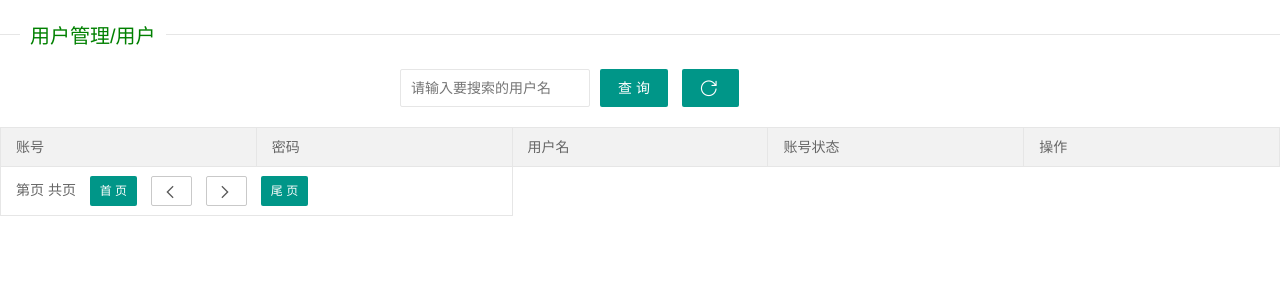
Repository: LongJinhe-coder/java-web-
Page: http://localhost/projectDemo1/userAccount.jsp
An editor plug-in stored every save of this project. The page is shown before and after the next save, followed by the edit.
The browser window is 1280 px wide. The pictures show the whole page.
The page is served by Tomcat 9. Other server files are loaded and not shown. The template is opened directly, without the code that normally fills it, so the values that code supplies are empty.

Above is the page before, as saved 2020-07-27 08:49:16.
Console error (its wording comes from the project's code and is left out).

### MyEclipse CI/projectDemo1/WebRoot/userAccount.jsp
<%@ taglib prefix="c" uri="http://java.sun.com/jsp/jstl/core" %>
<%@ page language="java" import="java.util.*" pageEncoding="UTF-8"%>
<%@ page import="com.etc.entity.*" %>
<%
String path = request.getContextPath();
String basePath = request.getScheme()+"://"+request.getServerName()+":"+request.getServerPort()+path+"/";
%>

<!DOCTYPE html>
<html>
<head>
  <meta charset="utf-8">
  <title>Layui</title>
  <meta name="renderer" content="webkit">
  <meta http-equiv="X-UA-Compatible" content="IE=edge,chrome=1">
  <meta name="viewport" content="width=device-width, initial-scale=1, maximum-scale=1">
  <link rel="stylesheet" href="layui/css/layui.css"  media="all">

</head>
<body>
<%
	PageData pagedata = (PageData)request.getAttribute("pagedata");
	//System.out.println("jobSeeker.jsp-userlist="+pagedata.getData());
 %>
 <fieldset class="layui-elem-field layui-field-title" style="margin-top: 20px;">
  <legend align="left" style="color:green;">用户管理/用户</legend>
</fieldset>


 <form class="layui-form"  action="">
  <div class="layui-form-item">
    <div class="layui-inline">
      <div class="layui-input-inline" style="margin-left:400px">
        <input onkeydown="show();" type="text" name="username" autocomplete="off"  id="btn_text" class="layui-input" placeholder="请输入要搜索的用户名">
      </div>
      <div class="layui-input-inline">
       <button type="button" class="layui-btn" id="search_btn" onclick="search()">查 询</button>
      	<button type="button" class="layui-btn" onclick="refresh()"><i class="layui-icon">&#xe669;</i></button>
      </div>
    </div>
    </div>
</form>

<table class="layui-table">
  <colgroup>
    <col width="200">
    <col width="200">
    <col width="200">
    <col width="200">
    <col width="200">
  </colgroup>
  <thead>
    <tr>
      <th>账号</th>
      <th>密码</th>
      <th>用户名</th>
      <th>账号状态</th>
      <th>操作</th>
    </tr>
  </thead>
   <tbody>
  <c:forEach var="user" items="${pagedata.data}">
  <tr>
      <td>${user.userID}</td>
      <td>${user.userPwd}</td>
      <td>${user.userName}</td>
      <td>${user.email}</td>
      <c:if test="${user.accountStatus eq '正常'}">
      	 <td><font color="green">${user.accountStatus}</font></td>
      </c:if>
      <c:if test="${user.accountStatus eq '冻结中'}">
      	 <td><font color="red">${user.accountStatus}</font></td>
      </c:if>
      <c:if test="${user.accountStatus eq '正常'}">
      	 <td><button type="button" class="layui-btn layui-btn-warm" onclick="freezingAct(${user.userID},${pagedata.pageNo},${pagedata.pageSize})">冻结账号</button>
      		<button type="button" class="layui-btn layui-btn-danger" onclick="deleteAct(${user.userID},${pagedata.pageNo},${pagedata.pageSize})">删除账号</button></td>
      </c:if>
     <c:if test="${user.accountStatus eq '冻结中'}">
      	 <td><button type="button" class="layui-btn layui-btn-normal" onclick="removeFreezing(${user.userID},${pagedata.pageNo},${pagedata.pageSize})">解除冻结</button>
      		<button type="button" class="layui-btn layui-btn-danger" onclick="deleteAct(${user.userID},${pagedata.pageNo},${pagedata.pageSize})">删除账号</button></td>
      </c:if>
    </tr>
   </c:forEach>
   <tr>
   		<td colspan="2">
   			第<font color="red">${pagedata.pageNo}</font>页 共<font color="red">${pagedata.totalPage}</font>页
   			<button type="button" class="layui-btn layui-btn-sm" onclick="toFirst(${pagedata.pageNo},${pagedata.pageSize})" style="margin-left:10px">首 页</button>
   			<button type="button" class="layui-btn layui-btn-sm layui-btn-primary" onclick="prePage(${pagedata.pageNo},${pagedata.pageSize})">
			  <i class="layui-icon">&#xe603;</i>
			</button>
			<button type="button" class="layui-btn layui-btn-sm layui-btn-primary" onclick="nextPage(${pagedata.pageNo},${pagedata.pageSize},${pagedata.totalPage})">
			  <i class="layui-icon">&#xe602;</i>
			</button>
   			<button type="button" class="layui-btn layui-btn-sm" onclick="toLast(${pagedata.pageNo},${pagedata.pageSize},${pagedata.totalPage})">尾 页</button>
   		</td>
   </tr>
   </tbody>
</table>
<c:if test="${pagedata.totalPage == 0}">
      	 <center><font size="30px" color="black">没有找到与您搜索相匹配的用户！</font></center>
</c:if>
</body>
<script type="text/javascript">
//传pageNo,pageSize是为了删除后回到当前界面
function freezingAct(userID,pageNo,pageSize){
	location.href="UserServlet?option=freezingAccount&userID="+userID+"&pageNo="+pageNo+"&pageSize="+pageSize+"&url=userAccount.jsp";
	//alert("账号冻结成功！");
}
function removeFreezing(userID,pageNo,pageSize){
	location.href="UserServlet?option=removeFreezing&userID="+userID+"&pageNo="+pageNo+"&pageSize="+pageSize+"&url=userAccount.jsp";
	//alert("解除冻结成功！");
}
function deleteAct(userID,pageNo,pageSize){
	location.href="UserServlet?option=deleteAccount&userID="+userID+"&pageNo="+pageNo+"&pageSize="+pageSize+"&url=userAccount.jsp";
}

 //首页
  function toFirst(pageNo,pageSize){
   if(pageNo<=1){
  	return;
  }
  location.href="UserServlet?option=queryByPage&pageNo=1&pageSize="+pageSize+"&url=userAccount.jsp";
  }
  function prePage(pageNo,pageSize){
  if(pageNo<=1){
  	alert("当前已是第一页");
  	return;
  }
  	location.href="UserServlet?option=queryByPage&pageNo="+(pageNo-1)+"&pageSize="+pageSize+"&url=userAccount.jsp";
  }
  function nextPage(pageNo,pageSize,totalPage){

    if(pageNo>=totalPage){
    	alert("当前已是最后一页");
  		return;
    }
  	location.href="UserServlet?option=queryByPage&pageNo="+(pageNo+1)+"&pageSize="+pageSize+"&url=userAccount.jsp";
  }
  function toLast(pageNo,pageSize,totalPage){
  if(pageNo>=totalPage){
  		return;
    }
  	location.href="UserServlet?option=queryByPage&pageNo="+totalPage+"&pageSize="+pageSize+"&url=userAccount.jsp";
  }

  function search(){
  var username = document.getElementById("btn_text").value;
  if(username==null||username==""){
  alert("请输入查询的内容！");
  return;
  }
  location.href="UserServlet?option=queryLikeName&username="+username+"&url=userAccount.jsp";
  }

  function refresh(){
  location.href="UserServlet?option=queryByPage&url=userAccount.jsp";
  }
   function show () {
      var e=window.event||arguments.callee.caller.arguments[0];
      if(e.keyCode==13){
         event.keyCode = 0;//屏蔽回车键
          event.returnValue = false;
          alert("请点击查询按钮！");
      }
    }


</script>
</html>

Loaded but not shown: MyEclipse CI/projectDemo1/WebRoot/layui/css/layui.css (library)

After the next save:
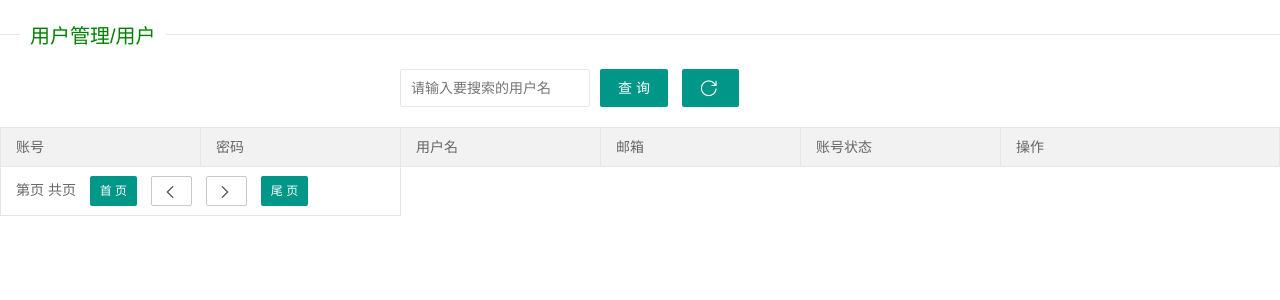
Saved 19 s later.
--- a/MyEclipse CI/projectDemo1/WebRoot/userAccount.jsp
+++ b/MyEclipse CI/projectDemo1/WebRoot/userAccount.jsp
@@ -54,6 +54,7 @@ String basePath = request.getScheme()+"://"+request.getServerName()+":"+request.
       <th>账号</th>
       <th>密码</th>
       <th>用户名</th>
+      <th>邮箱</th>
       <th>账号状态</th>
       <th>操作</th>
     </tr>
